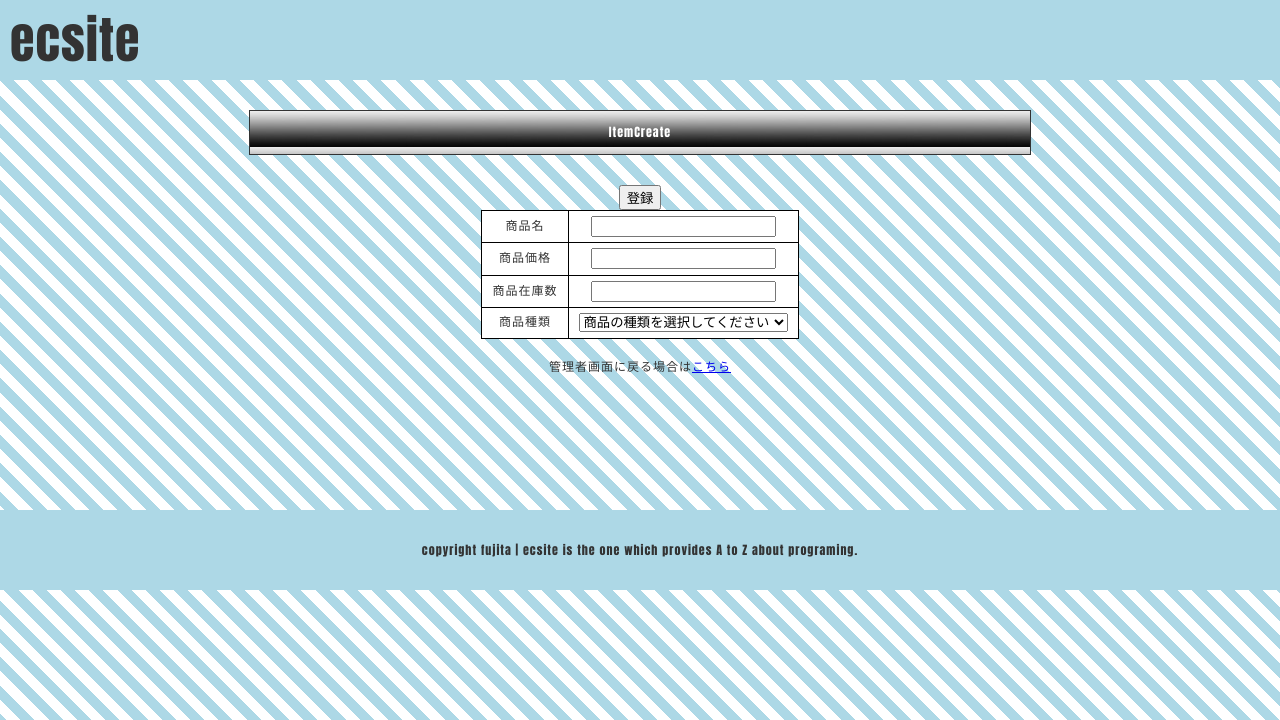
Repository: ryousukefujita-0423/test
Page: http://localhost/ecsite/itemCreate.jsp
An editor plug-in stored every save of this project. The page is shown before and after the next save, followed by the edit.
The browser window is 1280 px wide. The pictures show the whole page.
The page is served by Tomcat 9. Other server files are loaded and not shown.

Above is the page before, as saved 2019-03-22 04:20:40.

### ecsite/WebContent/itemCreate.jsp
<%@ page language="java" contentType="text/html; charset=UTF-8"
	pageEncoding="UTF-8"%>
<%@ taglib prefix="s" uri="/struts-tags"%>
<!DOCTYPE html>
<html>
<head>
<meta http-equiv="Content-Type" content="text/html; charset=UTF-8" />
<meta http-equiv="Content-Style-Type" content="text/css" />
<meta http-equiv="Content-Script-Type" content="text/javascript" />
<meta http-equiv="imagetoolbar" content="no" />
<meta name="description" content="" />
<meta name="keywords" content="" />
<link rel="stylesheet" type="text/css" href="./css/style.css">
<title>ItemCreate画面</title>
</head>
<body>
	<div id="header">ecsite</div>
	<div id="main">
		<div id="top">
			<p>ItemCreate</p>
		</div>
		<s:if test="errormsg !=''">
			<s:property value="errormsg" />
		</s:if>
		<s:form action="ItemCreateConfirmAction" theme="simple">
			<table>
				<tr>
					<td>商品名</td>
					<td><s:textfield name="item_name" /></td>
				</tr>
				<tr>
					<td>商品価格</td>
					<td><s:textfield name="item_price" /></td>
				</tr>
				<tr>
					<td>商品在庫数</td>
					<td><s:textfield name="item_stock" /></td>
				</tr>
				<tr>
					<td>商品種類</td>
					<td><select name="item_type">
							<option>商品の種類を選択してください</option>
							<option value="1">文房具</option>
							<option value="2">書籍</option>
							<option value="3">電化製品</option>
							<option value="4">食品</option>
							<option value="5">家具</option>
							<option value="6">日用雑貨</option>
					</select></td>
				</tr>
				<s:submit value="登録" />
			</table>
		</s:form>
		<br>
		<div>
			管理者画面に戻る場合は<a href="http://localhost:8080/ecsite/admin.jsp" />こちら</a>
		</div>
	</div>
	<div id="footer">copyright fujita | ecsite is the one which
		provides A to Z about programing.</div>
</body>
</html>

### ecsite/WebContent/css/style.css
@CHARSET "UTF-8";

body {
	margin: 0;
	padding: 0;
	line-height: 1.6;
	letter-spacing: 1px;
	font-family: Verdana, Helvetica, sans-serif;
	font-size: 12px;
	color: #333;
	background: repeating-linear-gradient(45deg, lightblue, lightblue 10px, white 0,
		white 20px);
}

table {
	text-align: center;
	margin: 0 auto;
	border-collapse: collapse;
}

tr {
	background-color: white;
}

td {
	padding: 5px 10px;
	border: 1px solid black;
}

#top {
	width: 780px;
	margin: 30px auto;
	border: 1px solid #333;
	font-family: impact;
	background-image: url("../img/trbackba.jpg");
	background-position: top left;
	color: white;
	background-color: #eeeeff;
}

#header {
	widht: 100%;
	height: 80px;
	background-color: lightblue;
	line-height: 80px;
	font-family: impact;
	font-size: 50px;
	padding-left: 10px;
}

#kanri {
	clear: both;
	widht: 100%;
	height: 100px;
	line-height: 100px;
	text-align: center;
}

#main {
	widht: 100%;
	height: 100%;
	text-align: center;
	position: relative;
	min-height: 400px;
}

#footer {
	widht: 100%;
	height: 80px;
	background-color: lightblue;
	clear: both;
	font-family: impact;
	line-height: 80px;
	text-align: center;
	bottom: 0;
}

#text-center {
	display: inline-block;
	text-aligin: center;
}

#text-link {
	display: inline-block;
	text-aligin: right;
}

#text-center {
	display: inline-block;
	text-align: center;
}

#left {
	float: left;
	width: 50%;
	height: 200px;
}

#right {
	float: right;
	width: 50%;
	height: 200px;
}

#color {
	widht: 20px;
	height: 50px;
}

#checkbox_hidden {
	display: none;
}

#table_color {
	background-color: white;
}

#sold_color {
	color: red;
	border: 1px solid black;
}

#table_midashi {
	background-image: url("../img/trbackba.jpg");
	background-position: bottom left;
	color: white;
	background-color: #eeeeff;
}

#item_type {
	border-collapse: separate;
	border-spacing: 40px 20px;
}

After the next save:
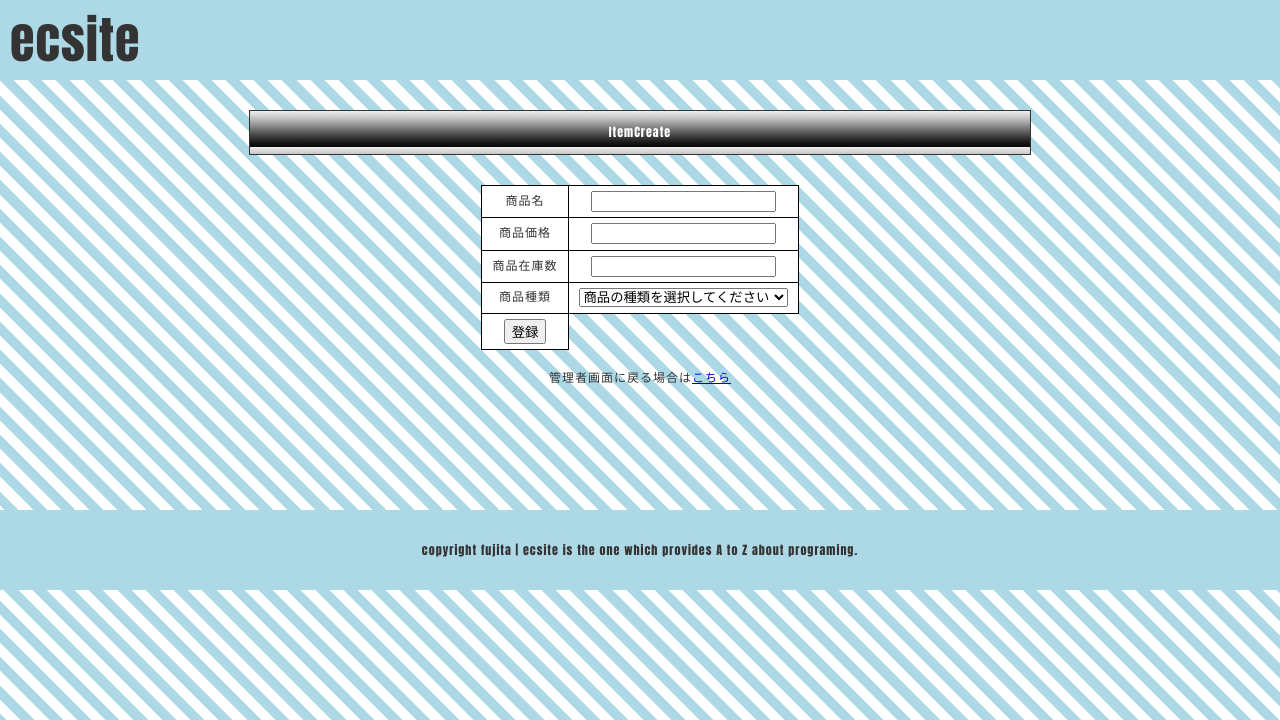
Saved 3 min 57 s later.
--- a/ecsite/WebContent/itemCreate.jsp
+++ b/ecsite/WebContent/itemCreate.jsp
@@ -48,7 +48,9 @@
 							<option value="6">日用雑貨</option>
 					</select></td>
 				</tr>
-				<s:submit value="登録" />
+				<tr>
+					<td><s:submit value="登録" /></td>
+				</tr>
 			</table>
 		</s:form>
 		<br>
